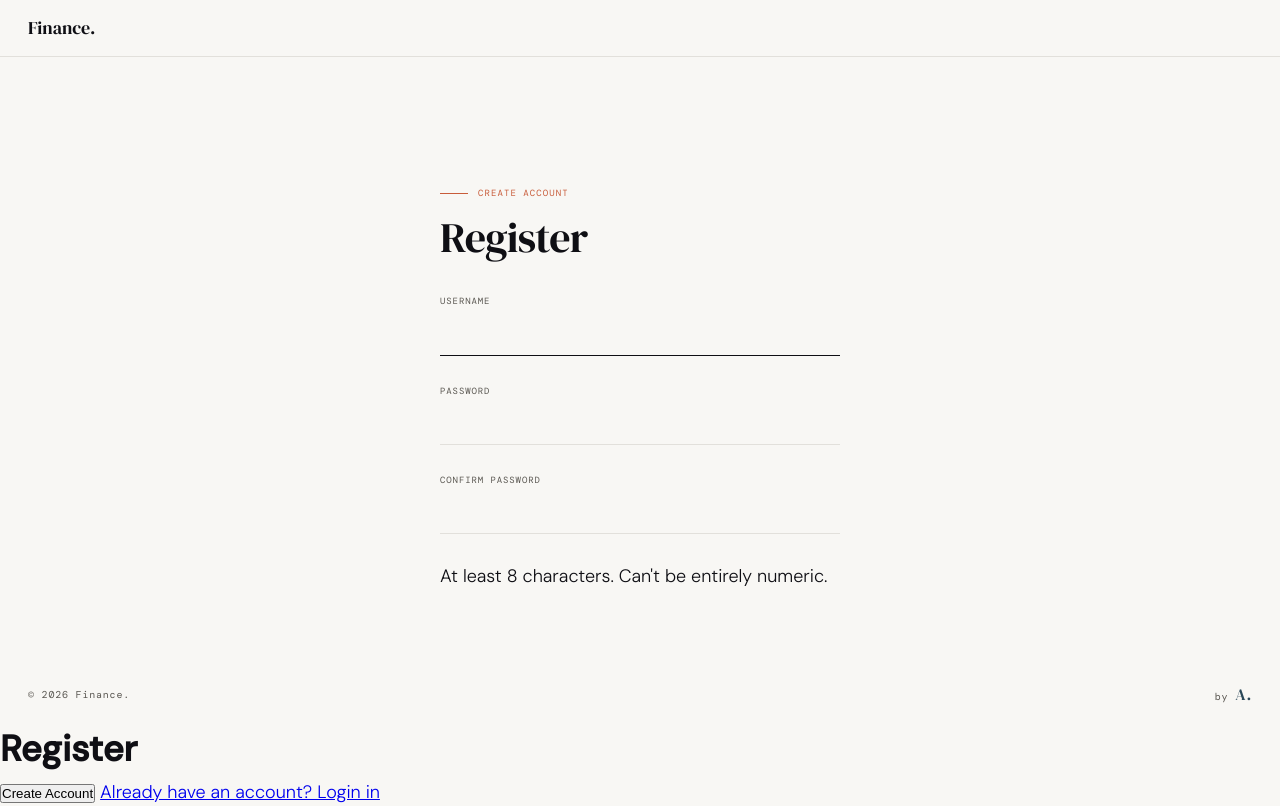
Repository: adtm0/Fined
Page: tracker/templates/tracker/register.html
These files come from the project's save history. The page is drawn as it stood at one moment and after a run of saves; the edit follows.
The browser window is 1280 px wide. The pictures show the whole page.
Some web fonts or font styles are not loaded; a fallback is used. The template is drawn by Django 4.2. The application's start-up code is not run. Other server files are loaded and not shown. The template is opened directly, without the code that normally fills it, so the values that code supplies are empty.

Above is the page before, as saved 2026-05-01 21:49:16.

### tracker/templates/tracker/register.html
{% extends 'tracker/base.html' %}

{% block content %}
<div class="auth-page">
  <div class="auth-box">
    <div class="auth-header">
      <p class="section-label">Create account</p>
      <h1 class="auth-title">Register</h1>
    </div>

    {%if form.errors%}
      <p class="auth-error">Please fix the errors below.</p>
    {% endif %}

    <form method="POST">
      {% csrf_token %}
      <label>Username</label>
      <input type="text" name="username" autofocus>

      <label>Password</label>
      <input type="password" name="password1"></input>

      <label>Confirm password</label>
      <input type="password" name="password2"></input>

      <p class="auth-hint">At least 8 characters. Can't be entirely numeric.</p>

      <div></div>

    </form>

  </div>
</div>
<h1 class="mb-4">Register</h1>

  <button type="submit" class="btn btn-primary">Create Account</button>
</form>
<a href="/login" class="mt-3 d-block">Already have an account? Login in</a>
{% endblock %}

### tracker/templates/tracker/base.html
{% load static %}
<!DOCTYPE html>
<html>
  <head>
    <meta name="viewport" content="width=device-width, initial-scale=1.0">
    <title>Fined</title>
    <link rel="stylesheet" href="{% static 'tracker/style.css' %}">
    <link rel="preconnect" href="https://fonts.googleapis.com">
    <link href="https://fonts.googleapis.com/css2?family=DM+Serif+Display:ital@0;1&family=DM+Mono:wght@300;400;500&family=DM+Sans:wght@300;400;500&display=swap" rel="stylesheet">
  </head>
  <body>
    <nav class="navbar">
      <a class="nav-brand" href="/dashboard/">Finance.</a>
      <div class="nav-links">
        {% if user.is_authenticated %}
          <a href="/dashboard/" class="{% if request.resolver_match.url_name == 'dashboard' %} active {% endif %}">Overview</a>
          <a href="/history/" class="{% if request.resolver_match.url_name == 'history' %} active {% endif %}">History</a>
          <a href="/logout/">Logout</a>
        {% endif %}
      </div>
    </nav>
    <div class="page-content">
      {% block content%}{% endblock %}
    </div>
    <footer class="site-footer">
      <span class="footer-copy">&#169; 2026 Finance.</span>
      <a href="https://adtm0.github.io/" target="_blank" class="footer-link">by <span class="footer-a">A.</span></a>
    </footer>
  </body>
</html>

### tracker/static/tracker/style.css
@import url('https://fonts.googleapis.com/css2?family=DM+Serif+Display:ital@0;1&family=DM+Mono:wght@300;400;500&family=DM+Sans:wght@300;400;500&display=swap');

* {
  margin: 0;
  padding: 0;
  box-sizing: border-box;
}

:root {
  --ink: #0f0f14;
  --paper: #f8f7f4;
  --paper2: #f0efe9;
  --muted-dark: #5a5751;
  --border: #e2e0db;
  --accent: #2a4858;
  --accent2: #c85c3a;
  --serif: 'DM Serif Display', serif;
  --sans: 'DM Sans', sans-serif;
  --mono: 'DM Mono', monospace;
}

html {
  font-size: 18px;
}

body {
  background-color: var(--paper);
  font-family: var(--sans);
  font-size: 1rem;
  color: var(--ink);
  font-weight: 300;
  line-height: 1.6;
}

/* ── AUTH PAGES ── */
.auth-page {
  min-height: calc(100vh - 57px);
  display: flex;
  align-items: center;
  justify-content: center;
}

.auth-box {
  width: 100%;
  max-width: 400px;
  padding: 48px 0;
}

.auth-header {
  margin-bottom: 36px;
}

.auth-title {
  font-family: var(--serif);
  font-size: 42px;
  font-weight: normal;
  letter-spacing: -0.02em;
  color: var(--ink);
  line-height: 1;
}

.auth-error {
  font-family: var(--mono);
  font-size: 10px;
  letter-spacing: 0.08em;
  text-transform: uppercase;
  color: var(--accent2);
  margin-bottom: 24px;
  padding-bottom: 16px;
  border-bottom: 1px solid var(--border);
}

.auth-box label {
  display: block;
  font-family: var(--mono);
  font-size: 9px;
  letter-spacing: 0.1em;
  text-transform: uppercase;
  color: var(--muted-dark);
  margin-bottom: 8px;
}

.auth-box input[type="text"],
.auth-box input[type="password"] {
  display: block;
  width: 100%;
  padding: 10px 0;
  font-family: var(--sans);
  font-size: 14px;
  color: var(--ink);
  background: transparent;
  border: none;
  border-bottom: 1px solid var(--border);
  outline: none;
  margin-bottom: 28px;
}

.auth-box input[type="text"]:focus,
.auth-box input[type="password"]:focus {
  border-bottom-color: var(--ink);
}

.auth-actions {
  display: flex;
  align-items: center;
  justify-content: space-between;
  margin-top: 48px;
  padding-top: 0;
  border-top: none;
}

.auth-link {
  font-family: var(--mono);
  font-size: 10px;
  letter-spacing: 0.1em;
  text-transform: uppercase;
  color: var(--muted-dark);
  text-decoration: none;
  transition: color 0.15s;
}

.auth-link:hover {
  color: var(--accent2);
}


/* ── NAVBAR ── */
.navbar {
  display: flex;
  justify-content: space-between;
  align-items: stretch;
  height: 57px;
  border-bottom: 1px solid var(--border);
  background-color: var(--paper);
  padding: 0 28px;
}

.nav-brand {
  font-family: var(--serif);
  font-size: 18px;
  text-decoration: none;
  color: var(--ink);
  display: flex;
  align-items: center;
}

.nav-brand:visited {
  color: var(--ink);
}

.nav-links {
  display: flex;
  align-items: stretch;
}

.nav-links a {
  font-family: var(--mono);
  font-size: 10px;
  letter-spacing: 0.1em;
  text-transform: uppercase;
  text-decoration: none;
  color: var(--muted-dark);
  display: flex;
  align-items: center;
  padding: 0 16px;
  transition: color 0.15s;
}

.nav-links a:hover {
  color: var(--accent2);
}

.nav-links a.active {
  background: var(--accent);
  color: #fff;
}

.page-content {
  overflow: auto;
}

/* ── FOOTER ── */
.site-footer {
  position: fixed;
  bottom: 0;
  left: 0;
  right: 0;
  display: flex;
  justify-content: space-between;
  align-items: center;
  padding: 12px 28px;
  background: var(--paper);
}

.footer-copy {
  font-family: var(--mono);
  font-size: 10px;
  letter-spacing: 0.08em;
  color: var(--muted-dark);
}

.footer-link {
  font-family: var(--mono);
  font-size: 10px;
  letter-spacing: 0.08em;
  color: var(--muted-dark);
  text-decoration: none;
  transition: color 0.15s;
}

.footer-link:hover{
  color: var(--ink);
}

.footer-a {
  font-family: var(--serif);
  font-size: 16px;
  color: var(--accent);
}

.footer-link:hover .footer-a {
  color: var(--accent2);
}

/* ── DASHBOARD GRID ── */
.dashboard-grid {
  display: grid;
  grid-template-columns: 1fr 2fr 1fr;
  min-height: calc(100vh - 57px - 45px);
  border: 1px solid var(--border);
  align-items: stretch;
}

/* ── LEFT PANEL ── */
.left-panel {
  border-right: 1px solid var(--border);
  display: flex;
  flex-direction: column;
}

.left-panel-hero {
  padding: 40px 32px;
  border-bottom: 1px solid var(--border);
}

/* Only "Financial Overview" gets the orange line eyebrow */
.section-label {
  display: flex;
  align-items: center;
  gap: 10px;
  font-family: var(--mono);
  font-size: 9px;
  letter-spacing: 0.12em;
  color: var(--accent2);
  text-transform: uppercase;
  margin-bottom: 16px;
}

.section-label::before {
  content: '';
  display: inline-block;
  width: 28px;
  height: 1px;
  background: var(--accent2);
  flex-shrink: 0;
}

.greeting {
  font-family: var(--serif);
  font-size: 42px;
  font-weight: normal;
  line-height: 1.15;
  letter-spacing: -0.01em;
  margin-bottom: 10px;
}

.greeting em {
  color: var(--accent);
  font-style: italic;
}

.subtext {
  font-family: var(--sans);
  font-size: 12px;
  color: var(--muted-dark);
  font-weight: 300;
  line-height: 1.6;
}

/* Stats */
.stat-block {
  display: flex;
  flex-direction: column;
}

.stat {
  padding: 24px 32px;
  border-bottom: 1px solid var(--border);
}

.stat h2 {
  font-family: var(--serif);
  font-size: 36px;
  font-weight: normal;
  letter-spacing: -0.02em;
  line-height: 1;
  color: var(--ink);
}

.stat p {
  font-family: var(--mono);
  font-size: 9px;
  letter-spacing: 0.1em;
  text-transform: uppercase;
  color: var(--muted-dark);
  margin-top: 4px;
}

/* ── MIDDLE PANEL ── */
.middle-panel {
  border-right: 1px solid var(--border);
  display: flex;
  flex-direction: column;
}

.analytics-box {
  padding: 32px 48px;
  border-bottom: 1px solid var(--border);
  flex: none;
  height: 420px;
  overflow: hidden;
}

.analytics-header {
  display: flex;
  align-items: center;
  justify-content: space-between;
  margin-bottom: 24px;
}

.analytics-title {
  font-family: var(--serif);
  font-size: 20px;
  color: var(--ink);
  font-style: italic;
}

/* Wallets */
.wallets-box {
  padding: 32px 36px;
}

.wallets-header {
  display: flex;
  justify-content: space-between;
  align-items: center;
  margin-bottom: 14px;
}

.wallets-title {
  font-family: var(--serif);
  font-size: 20px;
  color: var(--ink);
  font-style: italic;
}

.add-link {
  font-family: var(--mono);
  font-size: 9px;
  letter-spacing: 0.1em;
  text-transform: uppercase;
  color: var(--muted-dark);
  text-decoration: none;
  padding: 5px 12px;
  border: 1px solid var(--border);
  transition: color 0.15s;
}

.add-link:hover {
  color: var(--accent2);
}

.wallet-item {
  display: flex;
  justify-content: space-between;
  align-items: center;
  padding: 10px 0;
  border-top: 1px solid var(--border);
}

.wallet-item:last-child {
  border-bottom: 1px solid var(--border);
}

.wallet-item a {
  font-family: var(--serif);
  font-size: 14px;
  color: var(--accent);
  text-decoration: none;
}

.wallet-balance {
  font-family: var(--mono);
  font-size: 11px;
  font-weight: 300;
  letter-spacing: 0.1em;
  text-transform: uppercase;
  color: var(--ink);
}

.empty-link {
  font-family: var(--mono);
  font-size: 10px;
  letter-spacing: 0.06em;
  text-transform: uppercase;
  color: var(--muted-dark);
  text-decoration: none;
  display: block;
  padding: 12px 0;
  border-top: 1px solid var(--border);
}

.empty-link:hover {
  color: var(--accent2);
}

/* ── RIGHT PANEL ── */
.right-panel {
  background: var(--paper2);
  display: flex;
  flex-direction: column;
}

.total-balance-box {
  padding: 36px 32px;
  border-bottom: 1px solid var(--border);
}

.balance-eyebrow {
  font-family: var(--mono);
  font-size: 9px;
  letter-spacing: 0.1em;
  text-transform: uppercase;
  color: var(--muted-dark);
  margin-bottom: 10px;
}

.total-balance-box h1 {
  font-family: var(--serif);
  font-size: 48px;
  font-weight: normal;
  letter-spacing: -0.02em;
  line-height: 1;
  color: var(--ink);
}

.balance-sub {
  font-family: var(--sans);
  font-size: 11px;
  color: var(--muted-dark);
  margin-top: 6px;
  font-weight: 300;
}

/* Actions */
.actions-box {
  padding: 28px 32px;
  border-top: 1px solid var(--border);
  margin-top: auto;
}

.actions-label {
  font-family: var(--mono);
  font-size: 9px;
  letter-spacing: 0.1em;
  text-transform: uppercase;
  color: var(--muted-dark);
  margin-bottom: 14px;
}

.action-btn {
  display: flex;
  align-items: center;
  justify-content: space-between;
  padding: 12px 0;
  font-family: var(--mono);
  font-size: 11px;
  letter-spacing: 0.1em;
  text-transform: uppercase;
  text-decoration: none;
  color: var(--ink);
  border-bottom: 1px solid var(--border);
  background: transparent;
  width: 100%;
  cursor: pointer;
  transition: color 0.15s;
  border: none;
  border-bottom: 1px solid var(--border);
  appearance: none;
  -webkit-appearance: none;
}

a.action-btn {
  display: flex;
  align-items: center;
  justify-content: space-between;
}
.action-btn:first-of-type {
  border-top: 1px solid var(--border);
}

.action-btn::after {
  content: '→';
  font-family: var(--mono);
  font-size: 11px;
  color: inherit;
}

.action-btn:hover {
  color: var(--accent2);
}

/* Recent */
.recent-box {
  padding: 28px 32px;
  flex: 1;
}

.recent-label {
  font-family: var(--mono);
  font-size: 9px;
  letter-spacing: 0.1em;
  text-transform: uppercase;
  color: var(--muted-dark);
  margin-bottom: 12px;
}

.recent-item {
  font-family: var(--sans);
  font-size: 13px;
  color: var(--ink);
  padding: 10px 0;
  border-bottom: 1px solid var(--border);
}

.recent-item:first-of-type {
  border-top: 1px solid var(--border);
}

.recent-empty {
  font-family: var(--mono);
  font-size: 9px;
  color: var(--muted-dark);
  letter-spacing: 0.06em;
  text-transform: uppercase;
  padding: 10px 0;
  border-top: 1px solid var(--border);
}

/* ── HISTORY PAGE ── */
.history-page {
  padding: 48px 56px;
  max-width: 1100px;
}

.history-title {
  font-family: var(--serif);
  font-size: 42px;
  font-weight: normal;
  letter-spacing: -0.02em;
  color: var(--ink);
  margin-bottom: 40px;
}

.history-table {
  width: 100%;
  border-collapse: collapse;
}

.history-table thead tr {
  border-bottom: 1px solid var(--border);
}

.history-table th {
  font-family: var(--mono);
  font-size: 9px;
  letter-spacing: 0.1em;
  text-transform: uppercase;
  color: var(--muted-dark);
  text-align: left;
  padding: 0 0 12px 0;
  font-weight: 400;
}

.history-table td {
  font-family: var(--sans);
  font-size: 13px;
  color: var(--ink);
  padding: 14px 0;
  border-bottom: 1px solid var(--border);
}

/* Type column - income green, expense orange */
.history-table td:nth-child(3) {
  font-family: var(--mono);
  font-size: 9px;
  letter-spacing: 0.08em;
  text-transform: uppercase;
}

.type-badge {
  display: inline-block;
  padding: 3px 10px;
  font-family: var(--mono);
  font-size: 9px;
  letter-spacing: 0.08em;
  text-transform: uppercase;
  min-width: 70px;
  text-align: center;
}

.type-badge.income {
  background: #dde6eb;
  color: #1d3340;
}

.type-badge.expense {
  background: #f7e4dc;
  color: #9e3f22;
}

/* Amount column - mono */
.history-table td:nth-child(4) {
  font-family: var(--mono);
  font-size: 13px;
  font-weight: 500;
}

/* ── MODAL ── */
.modal-overlay {
  display: none;
  position: fixed;
  inset: 0;
  background: rgba(15, 15, 20, 0.5);
  z-index: 100;
  align-items: center;
  justify-content: center;
}

.modal {
  background: var(--paper);
  padding: 40px 36px;
  width: 100%;
  max-width: 420px;
  border: 1px solid var(--border)
}

.modal-title {
  font-family: var(--serif);
  font-size: 28px;
  font-weight: normal;
  color: var(--ink);
  margin-bottom: 28px;
}

.modal label {
  display: block;
  font-family: var(--mono);
  font-size: 9px;
  letter-spacing: 0.1em;
  text-transform: uppercase;
  color: var(--muted-dark);
  margin-bottom: 8px;
}

.modal input[type="text"],
.modal input[type="number"],
.modal select {
  display: block;
  width: 100%;
  padding: 10px 0;
  font-family: var(--sans);
  font-size: 14px;
  color: var(--ink);
  background: transparent;
  border: none;
  border-bottom: 1px solid var(--border);
  outline: none;
  margin-bottom: 24px;
}

.modal select {
  appearance: none;
  -webkit-appearance: none;
  background-image: url("data:[embedded picture, 215 characters]");
  background-repeat: no-repeat;
  background-position: right 4px center;
  padding-right: 24px;
  cursor: pointer;
}

.modal input[type="date"] {
  display: block;
  width: 100%;
  padding: 10px 0;
  font-family: var(--sans);
  font-size: 14px;
  color: var(--ink);
  background: transparent;
  border: none;
  border-bottom: 1px solid var(--border);
  outline: none;
  margin-bottom: 24px;
  cursor: pointer;
  -webkit-appearance: none;
  appearance: none
}
.modal input[type="date"]::-webkit-calendar-picker-indicator {
  opacity: 0.35;
  cursor: pointer;
  filter: invert(0.3);
  margin-left: auto;
}

.modal input[type="number"]::-webkit-inner-spin-button,
.modal input[type="number"]::-webkit-outer-spin-button {
  opacity: 0.3;
}

.modal input[type="text"]:focus,
.modal input[type="number"]:focus,
.modal select:focus {
  border-bottom-color: var(--ink);
}

.modal-actions {
  display: flex;
  align-items: center;
  justify-content: flex-end;
  gap: 16px;
  margin-top: 32px;
  padding-top: 24px;
  border-top: 1px solid var(--border);
}

.modal-cancel {
  font-family: var(--mono);
  font-size: 10px;
  letter-spacing: 0.1em;
  text-transform: uppercase;
  background: transparent;
  color: var(--muted-dark);
  border: none;
  cursor: pointer;
  transition: color 0.15s;
  padding: 10px 16px
}

.modal-cancel:hover {
  color: var(--ink);
}

.modal-submit {
  font-family: var(--mono);
  font-size: 10px;
  letter-spacing: 0.1em;
  text-transform: uppercase;
  background: var(--ink);
  color: var(--paper);
  border: none;
  padding: 10px 24px;
  cursor: pointer;
  transition: background 0.15s;
}

.modal-submit:hover {
  background: var(--accent);
}

/* ── ANALYTICS SLIDE NAV ── */
.slides-wrapper {
  position: relative;
  display: flex;
  align-items: center;
  gap: 8px;
}
.slides-content {
  flex: 1;
  min-width: 0;
}

.slide-btn {
  position: absolute;
  top: 50%;
  transform: translateY(-50%);
  z-index: 1;
  background: none;
  border: none;
  font-family: var(--serif);
  font-size: 20px;
  color: var(--muted-dark);
  cursor: pointer;
  padding: 0 4px;
  line-height: 1;
  transition: color 0.15s;
}

.slide-btn:first-child {
  left: -20px;
}
.slide-btn:last-child {
  right: -20px;
}

.slide-btn:hover {
  color: var(--ink);
}

.slide-dots {
  display: flex;
  justify-content: center;
  gap: 6px;
  padding: 10px 0 0;
}

.slide-dot {
  width: 6px;
  height: 6px;
  border-radius: 50%;
  background: var(--border);
  cursor: pointer;
  transition: background 0.2s;
}

.slide-dot.active {
  background: var(--muted-dark);
}

/* ── CALENDAR ── */
.calendar-month-label {
  font-family: var(--mono);
  font-size: 9px;
  letter-spacing: 0.12em;
  text-transform: uppercase;
  color: var(--muted-dark);
  min-width: 80px;
  text-align: center;
  margin-bottom: 0;
}

.calendar-grid {
  display: grid;
  grid-template-rows: repeat(6, 1fr);
  grid-template-columns: repeat(7, 1fr);
  height: calc(100% - 80px);
  gap: 2px;
}

.cal-header {
  font-family: var(--mono);
  font-size: 8px;
  letter-spacing: 0.08em;
  text-transform: uppercase;
  color: var(--muted-dark);
  text-align: center;
  padding-bottom: 6px;
}

.cal-cell {
  min-height: 36px;
  padding: 4px 2px;
  display: flex;
  flex-direction: column;
  align-items: center;
  gap: 3px;
}

.cal-day-num {
  font-family: var(--mono);
  font-size: 10px;
  color: var(--ink);
}

.cal-today .cal-day-num {
  background: var(--paper);
  border: 2px solid var(--accent);
  border-radius: 50%;
  width: 18px;
  height: 18px;
  display: flex;
  align-items: center;
  justify-content: center;
  font-size: 9px;
}

.cal-dots {
  display: flex;
  gap: 2px;
}

.cal-dot {
  width: 5px;
  height: 5px;
  border-radius: 50%;
}

.cal-dot.income {
  background: var(--accent);
}

.cal-dot.expense {
  background: var(--accent2);
}

.cal-month-nav {
  display: flex;
  align-items: center;
  justify-content: center;
  gap: 16px;
  margin-bottom: 36px;
}

.cal-nav-btn {
  display: inline;
  font-family: var(--serif);
  font-size: 18px;
  color: var(--muted-dark);
  text-decoration: none;
  padding: 0 4px;
  transition: color 0.15s;
  line-height: 1;
}

.cal-nav-btn:hover {
  color: var(--ink);
}

After the next 6 saves:
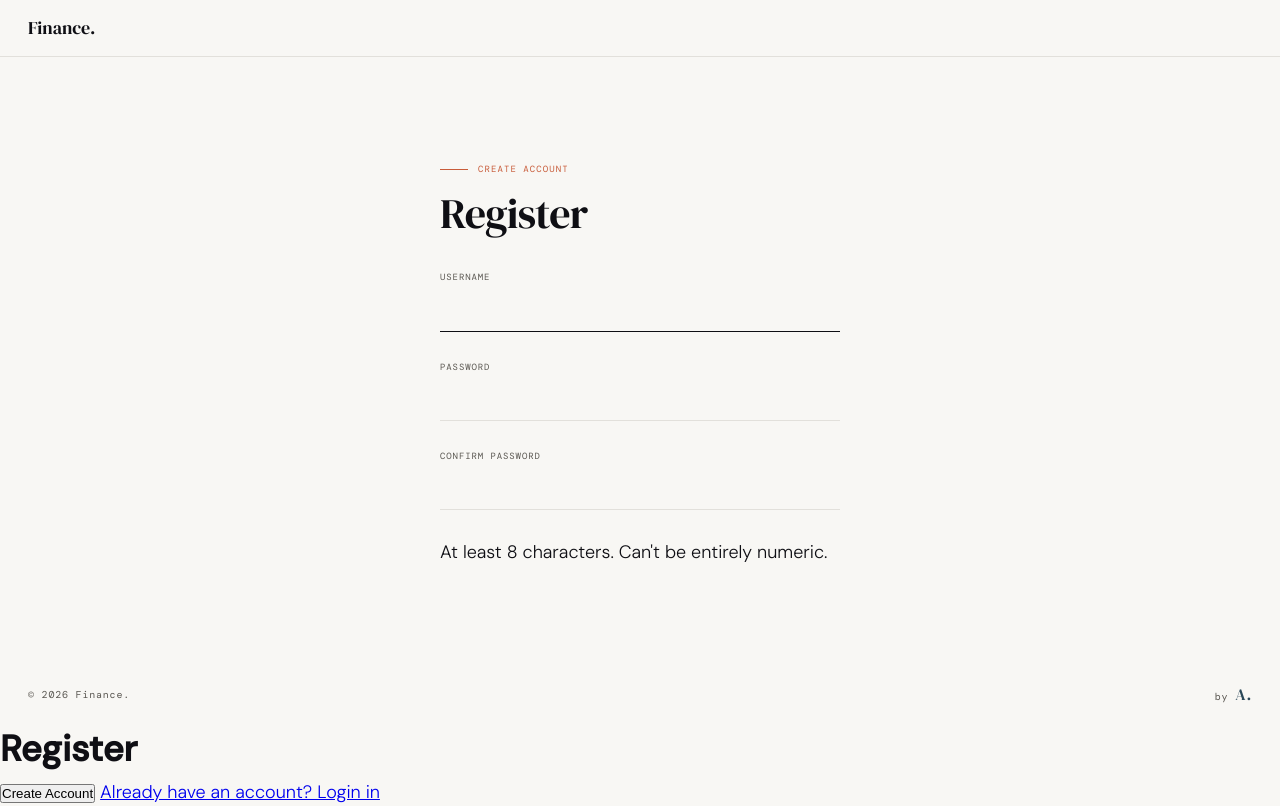
The 6 saves are shown as one change because they came seconds apart.
The last was saved 21 s later.
--- a/tracker/templates/tracker/register.html
+++ b/tracker/templates/tracker/register.html
@@ -25,7 +25,9 @@
 
       <p class="auth-hint">At least 8 characters. Can't be entirely numeric.</p>
 
-      <div></div>
+      <div class="auth-actions">
+        <a href="/login/" class></a>
+      </div>
 
     </form>
 
